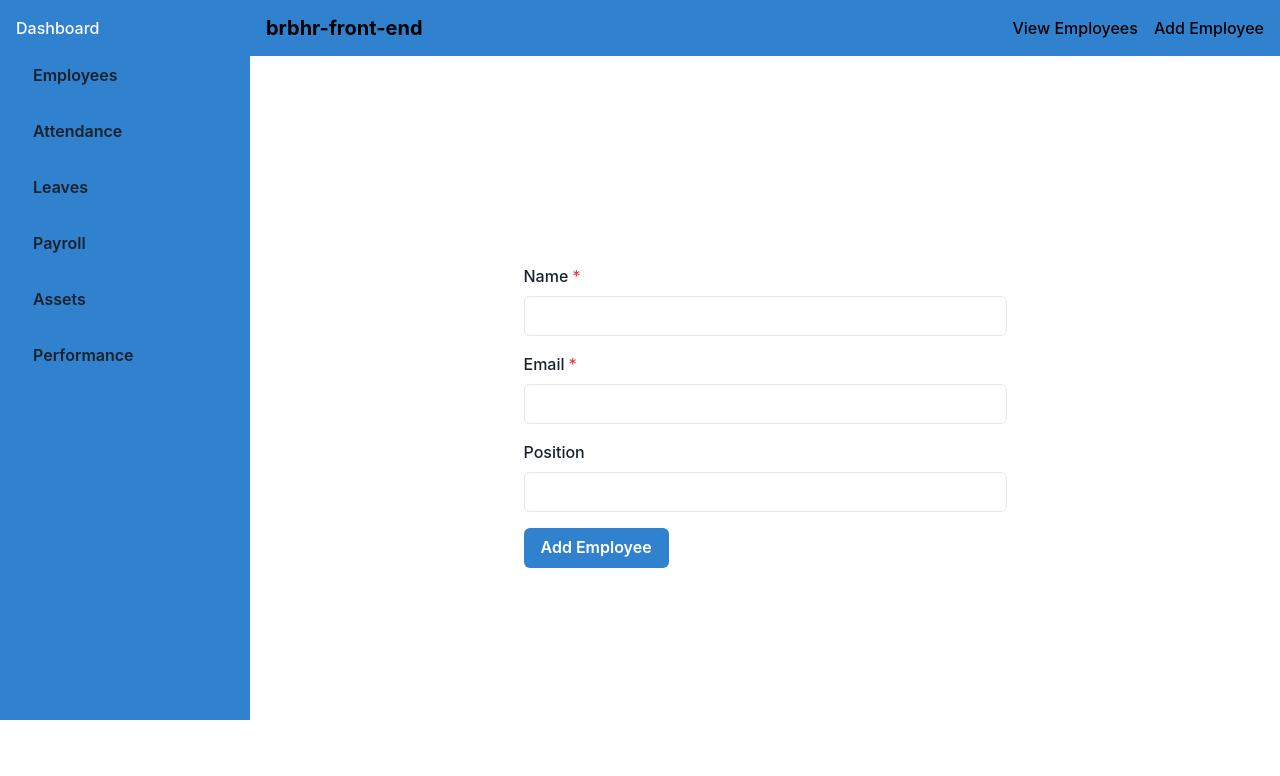
Repository: apipulse/brbhr-frontend
Page: /add-employee
An editor plug-in stored every save of this project. The page is shown before and after the next save, followed by the edit.
The browser window is 1280 px wide. The pictures show the whole page.
The project was rebuilt for these pictures with package versions that can differ from the ones it lists, and the page was loaded fresh each time. Also part of the build but not shown: vite.config.js, src/components/pages/Home.jsx, src/components/employee/EmployeeList.jsx, src/services/LeaveService.js, src/components/employee/LeaveList.jsx, src/components/employee/LeaveForm.jsx.

Above is the page before, as saved 2024-01-19 20:51:15.

After the next save:
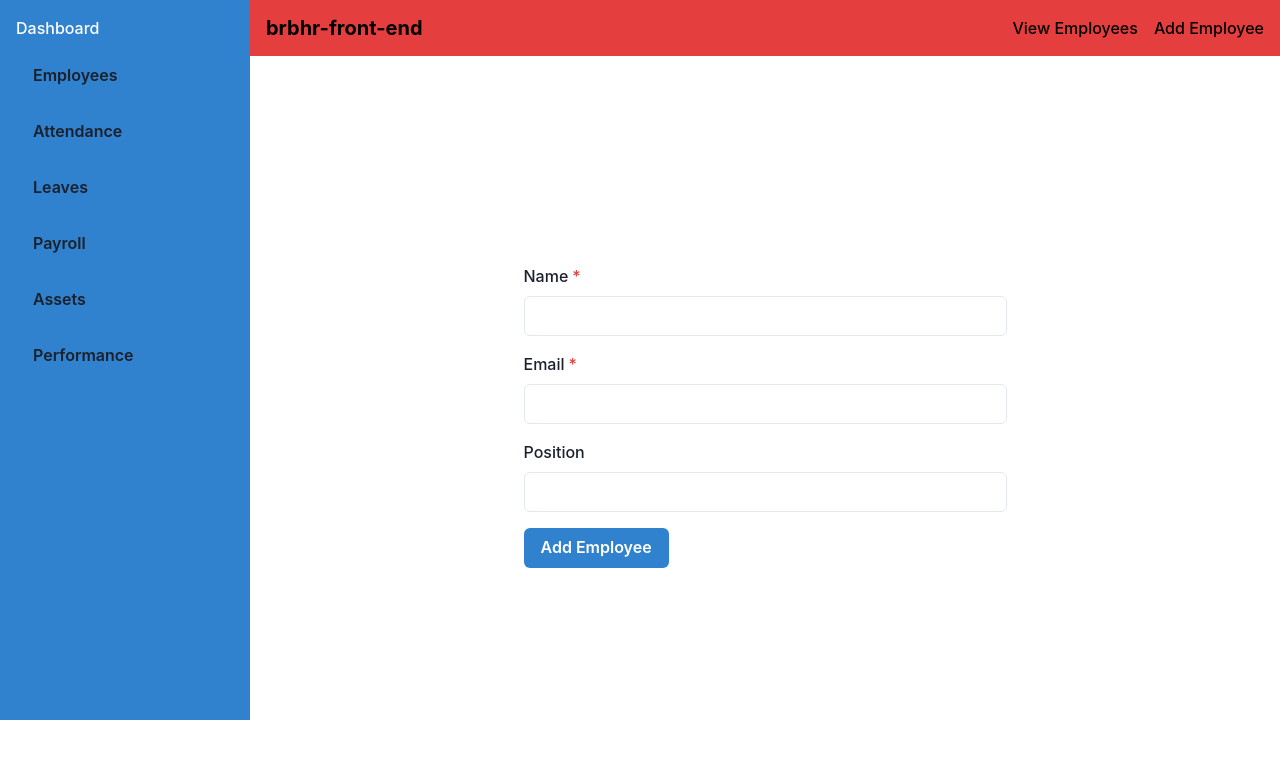
Saved 45 s later.
--- a/src/components/layout/NavBar.jsx
+++ b/src/components/layout/NavBar.jsx
@@ -6,7 +6,7 @@ const NavBar = () => {
 
   return (
     <Flex
-    bg="blue.500"
+    bg="red.500"
     p="4"
     color="black"
     width="full" // Adjust to take full width of the parent container
